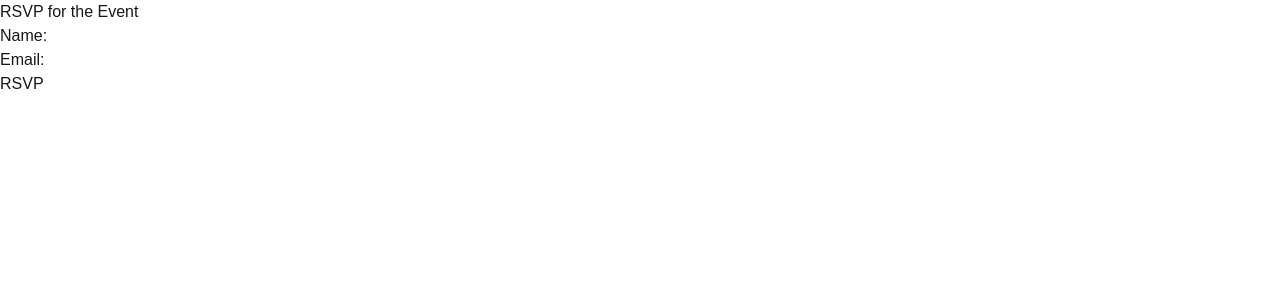
Repository: Jennica1/FULLSTACK-FINAL-PROJ
Page: / (app in rsvp-app/frontend/)
The author's editor kept a copy of each file at every save. The page is drawn from the files as they stood at one save, then again after the next save.
The browser window is 1280 px wide. The pictures show the whole page.
The project was rebuilt for these pictures with package versions that can differ from the ones it lists, and the page was loaded fresh each time. The framework's server and built-in components were replaced by stand-ins that run in the browser. Also part of the build but not shown: rsvp-app/frontend/next.config.mjs.

Above is the page before, as saved 2025-03-18 19:40:08.

After the next save:
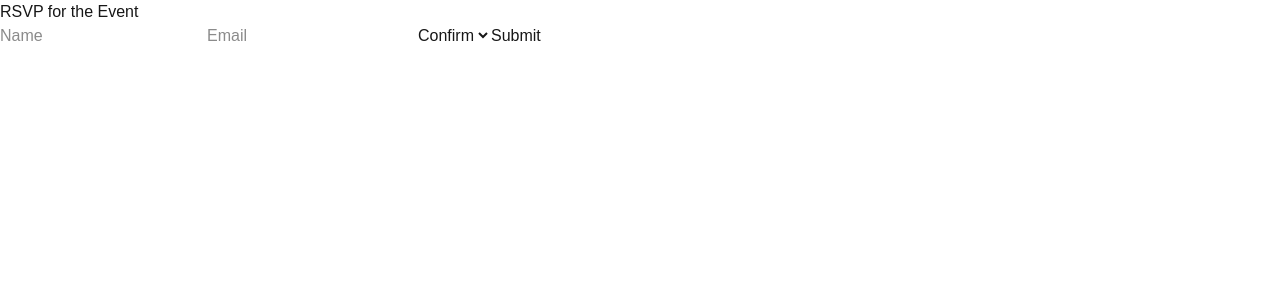
Saved 9 s later.
--- a/rsvp-app/frontend/app/page.js
+++ b/rsvp-app/frontend/app/page.js
@@ -1,56 +1,60 @@
-"use client";
+'use client';
+import { useState } from 'react';
 
-import { useState } from "react";
-
-const RsvpForm = () => {
-  const [name, setName] = useState("");
-  const [email, setEmail] = useState("");
-  const [message, setMessage] = useState("");
+export default function Home() {
+  const [name, setName] = useState('');
+  const [email, setEmail] = useState('');
+  const [status, setStatus] = useState('confirmed');
+  const [message, setMessage] = useState('');
 
   const handleSubmit = async (e) => {
     e.preventDefault();
 
-    const response = await fetch("/api/rsvp", {
-      method: "POST",
-      headers: {
-        "Content-Type": "application/json",
-      },
-      body: JSON.stringify({ name, email }),
-    });
+    try {
+      const response = await fetch('http://localhost:3001/rsvp_db', {
+        method: 'POST',
+        headers: {
+          'Content-Type': 'application/json',
+        },
+        body: JSON.stringify({ name, email, status }),
+      });
 
-    const result = await response.text();
-    setMessage(result);
+      const data = await response.json();
+      console.log('Response:', data); // Log the response to verify if it's successful
+      setMessage(data.message);
+    } catch (error) {
+      console.error('Error submitting data:', error);
+    }
   };
+
 
   return (
     <div>
       <h1>RSVP for the Event</h1>
       <form onSubmit={handleSubmit}>
-        <div>
-          <label htmlFor="name">Name:</label>
-          <input
-            type="text"
-            id="name"
-            value={name}
-            onChange={(e) => setName(e.target.value)}
-            required
-          />
-        </div>
-        <div>
-          <label htmlFor="email">Email:</label>
-          <input
-            type="email"
-            id="email"
-            value={email}
-            onChange={(e) => setEmail(e.target.value)}
-            required
-          />
-        </div>
-        <button type="submit">RSVP</button>
+        <input
+          type="text"
+          placeholder="Name"
+          value={name}
+          onChange={(e) => setName(e.target.value)}
+        />
+        <input
+          type="email"
+          placeholder="Email"
+          value={email}
+          onChange={(e) => setEmail(e.target.value)}
+        />
+        <select
+          value={status}
+          onChange={(e) => setStatus(e.target.value)}
+        >
+          <option value="confirmed">Confirm</option>
+          <option value="declined">Decline</option>
+        </select>
+        <button type="submit">Submit</button>
       </form>
-      {message && <p>{message}</p>}
+
+      {message && <p>{message}</p>} {/* Display the static confirmation message */}
     </div>
   );
-};
-
-export default RsvpForm;
+}
